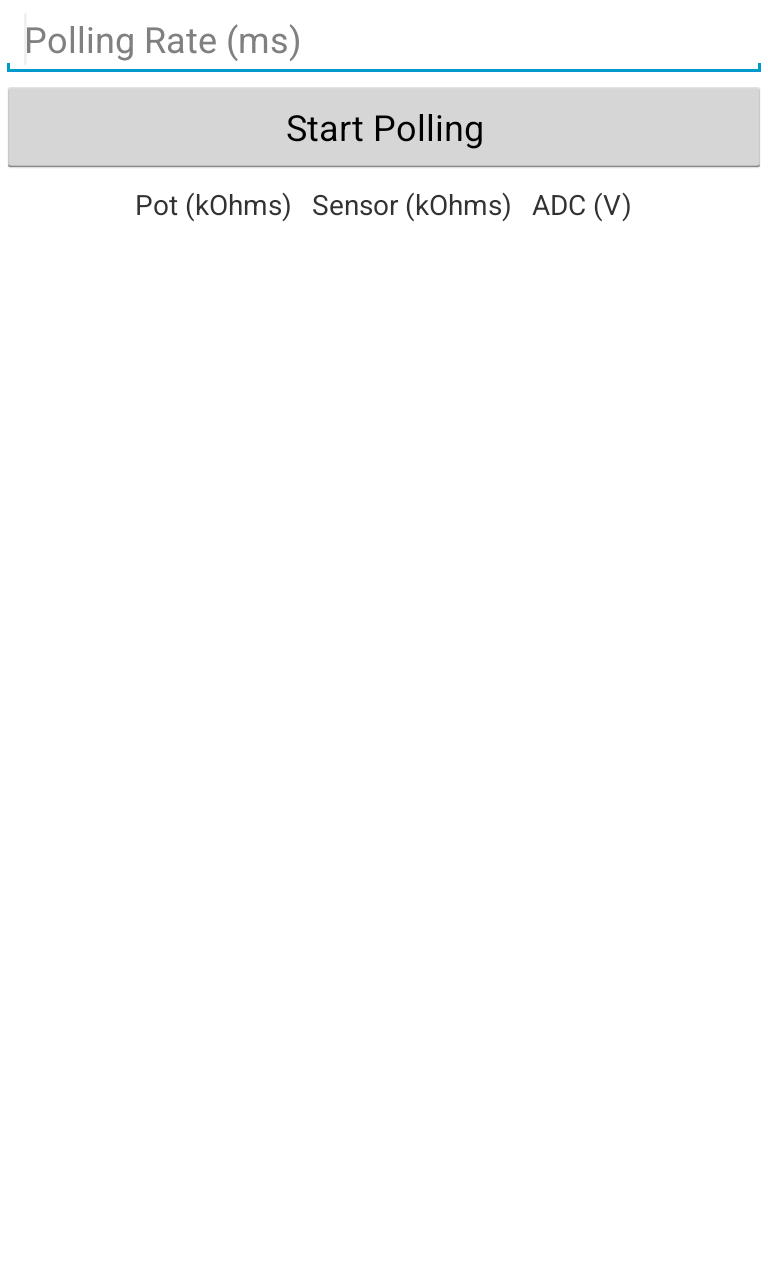
Repository: Pingzehao/ArduinoNanoSensor
Layout: IEC/IEC Sensor/res/layout/iecsensor_layout.xml
The author's editor kept a copy of each file at every save. The layout is drawn from the files as they stood at one save, then again after the next save.
It is drawn on a 768 x 1280 px phone screen (xhdpi) without system bars, with theme AppTheme; the app's code is not run.

Above is the layout before, as saved 2013-01-12 22:13:06.

### IEC/IEC Sensor/res/layout/iecsensor_layout.xml
<ScrollView xmlns:android="http://schemas.android.com/apk/res/android"
    xmlns:tools="http://schemas.android.com/tools"
    android:id="@+id/ScrollView1"
    android:layout_width="match_parent"
    android:layout_height="match_parent"
    android:layout_gravity="center_horizontal"
    tools:context=".IECSensor" >

    <LinearLayout
        android:layout_width="match_parent"
        android:layout_height="wrap_content"
        android:orientation="vertical" >

        <EditText
            android:id="@+id/pollingText"
            android:layout_width="match_parent"
            android:layout_height="wrap_content"
            android:ems="10"
            android:hint="@string/pollingRate"
            android:inputType="numberSigned" >

            <requestFocus />
        </EditText>

        <Button
            android:id="@+id/pollingButton"
            android:layout_width="match_parent"
            android:layout_height="wrap_content"
            android:gravity="center"
            android:text="@string/startPolling" />

        <LinearLayout
            android:layout_width="match_parent"
            android:layout_height="wrap_content"
            android:gravity="center_horizontal" >

            <TextView
                android:id="@+id/textView1"
                android:layout_width="wrap_content"
                android:layout_height="wrap_content"
                android:padding="5dp"
                android:text="@string/potResistLabel" />

            <TextView
                android:id="@+id/textView2"
                android:layout_width="wrap_content"
                android:layout_height="wrap_content"
                android:padding="5dp"
                android:text="@string/sensorResistLabel" />

            <TextView
                android:id="@+id/textView3"
                android:layout_width="wrap_content"
                android:layout_height="wrap_content"
                android:padding="5dp"
                android:text="@string/adcVoltLabel" />

        </LinearLayout>

    </LinearLayout>

</ScrollView>

### IEC/IEC Sensor/res/values/strings.xml
<?xml version="1.0" encoding="utf-8"?>
<resources>

    <string name="app_name">IEC Sensor</string>
    <string name="hello_world">Hello world!</string>
    <string name="menu_settings">Settings</string>
    <string name="startPolling">Start Polling</string>
    <string name="stopPolling">Stop Polling</string>
    <string name="pollingRate">Polling Rate (ms)</string>
    <string name="potResistLabel">Pot (kOhms)</string>
    <string name="sensorResistLabel">Sensor (kOhms)</string>
    <string name="adcVoltLabel">ADC (V)</string>

</resources>

Loaded but not shown: IEC/IEC Sensor/res/values/styles.xml (common file); IEC/IEC Sensor/res/values-v11/styles.xml (common file); IEC/IEC Sensor/res/values-v14/styles.xml (common file)

After the next save:
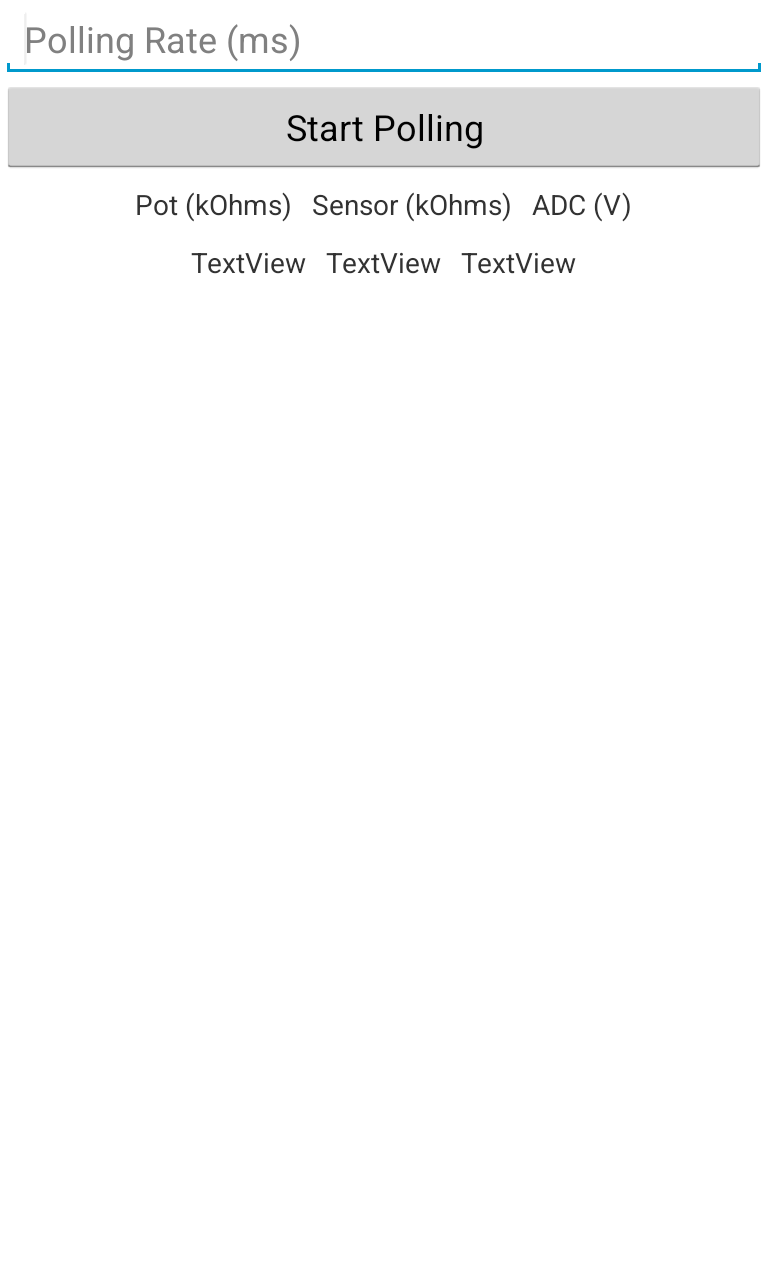
Saved 13 min 0 s later.
--- a/IEC/IEC Sensor/res/layout/iecsensor_layout.xml
+++ b/IEC/IEC Sensor/res/layout/iecsensor_layout.xml
@@ -35,26 +35,52 @@
             android:gravity="center_horizontal" >
 
             <TextView
-                android:id="@+id/textView1"
+                android:id="@+id/potResistLabel"
                 android:layout_width="wrap_content"
                 android:layout_height="wrap_content"
                 android:padding="5dp"
                 android:text="@string/potResistLabel" />
 
             <TextView
-                android:id="@+id/textView2"
+                android:id="@+id/sensorResistLabel"
                 android:layout_width="wrap_content"
                 android:layout_height="wrap_content"
                 android:padding="5dp"
                 android:text="@string/sensorResistLabel" />
 
             <TextView
+                android:id="@+id/adcVoltLabel"
+                android:layout_width="wrap_content"
+                android:layout_height="wrap_content"
+                android:padding="5dp"
+                android:text="@string/adcVoltLabel" />
+        </LinearLayout>
+
+        <LinearLayout
+            android:layout_width="match_parent"
+            android:layout_height="wrap_content"
+            android:gravity="center_horizontal" >
+
+            <TextView
+                android:id="@+id/textView1"
+                android:layout_width="wrap_content"
+                android:layout_height="wrap_content"
+                android:padding="5dp"
+                android:text="TextView" />
+
+            <TextView
+                android:id="@+id/textView2"
+                android:layout_width="wrap_content"
+                android:layout_height="wrap_content"
+                android:padding="5dp"
+                android:text="TextView" />
+
+            <TextView
                 android:id="@+id/textView3"
                 android:layout_width="wrap_content"
                 android:layout_height="wrap_content"
                 android:padding="5dp"
-                android:text="@string/adcVoltLabel" />
-
+                android:text="TextView" />
         </LinearLayout>
 
     </LinearLayout>

After the 2 saves that followed:
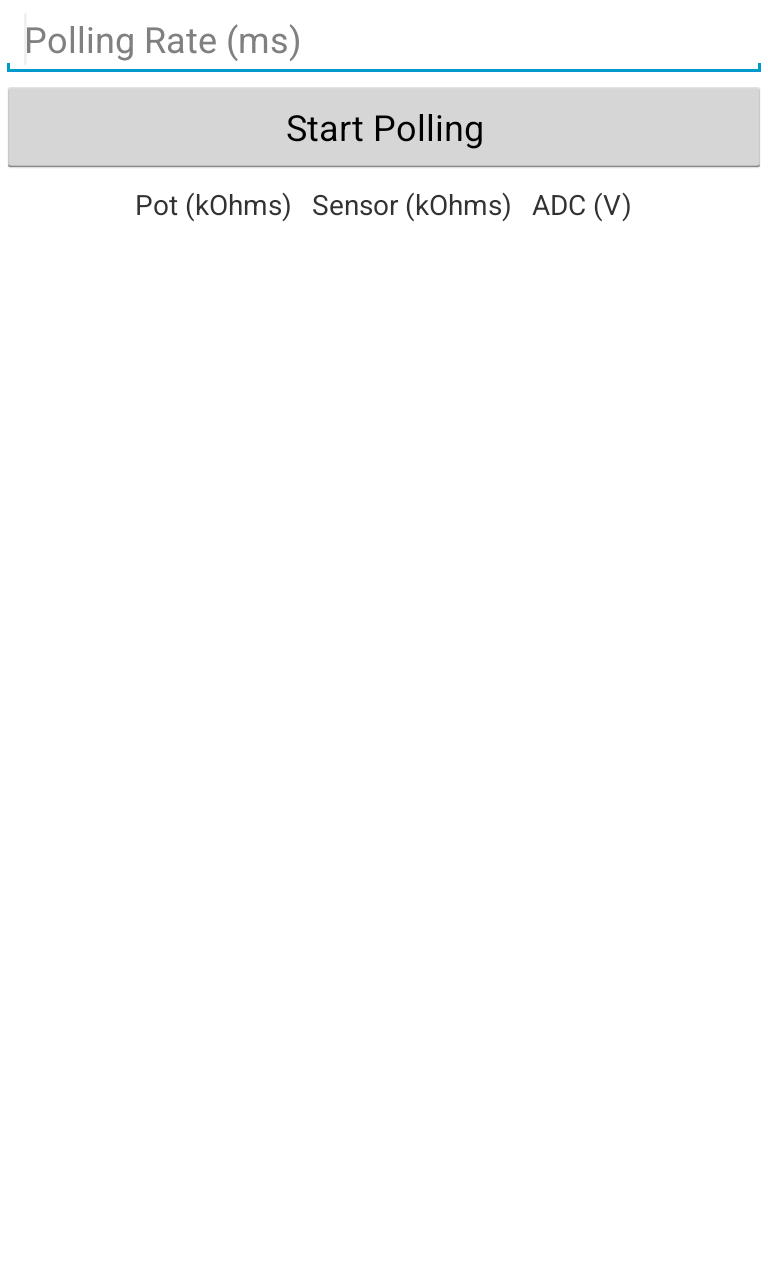
The 2 saves are shown as one change because 1 left the picture as it was.
The last was saved 20 s later.
--- a/IEC/IEC Sensor/res/layout/iecsensor_layout.xml
+++ b/IEC/IEC Sensor/res/layout/iecsensor_layout.xml
@@ -66,21 +66,21 @@
                 android:layout_width="wrap_content"
                 android:layout_height="wrap_content"
                 android:padding="5dp"
-                android:text="TextView" />
+                android:text="@string/empty" />
 
             <TextView
                 android:id="@+id/textView2"
                 android:layout_width="wrap_content"
                 android:layout_height="wrap_content"
                 android:padding="5dp"
-                android:text="TextView" />
+                android:text="@string/empty" />
 
             <TextView
                 android:id="@+id/textView3"
                 android:layout_width="wrap_content"
                 android:layout_height="wrap_content"
                 android:padding="5dp"
-                android:text="TextView" />
+                android:text="@string/empty" />
         </LinearLayout>
 
     </LinearLayout>
--- a/IEC/IEC Sensor/res/values/strings.xml
+++ b/IEC/IEC Sensor/res/values/strings.xml
@@ -10,5 +10,6 @@
     <string name="potResistLabel">Pot (kOhms)</string>
     <string name="sensorResistLabel">Sensor (kOhms)</string>
     <string name="adcVoltLabel">ADC (V)</string>
+    <string name="empty"></string>
 
 </resources>
